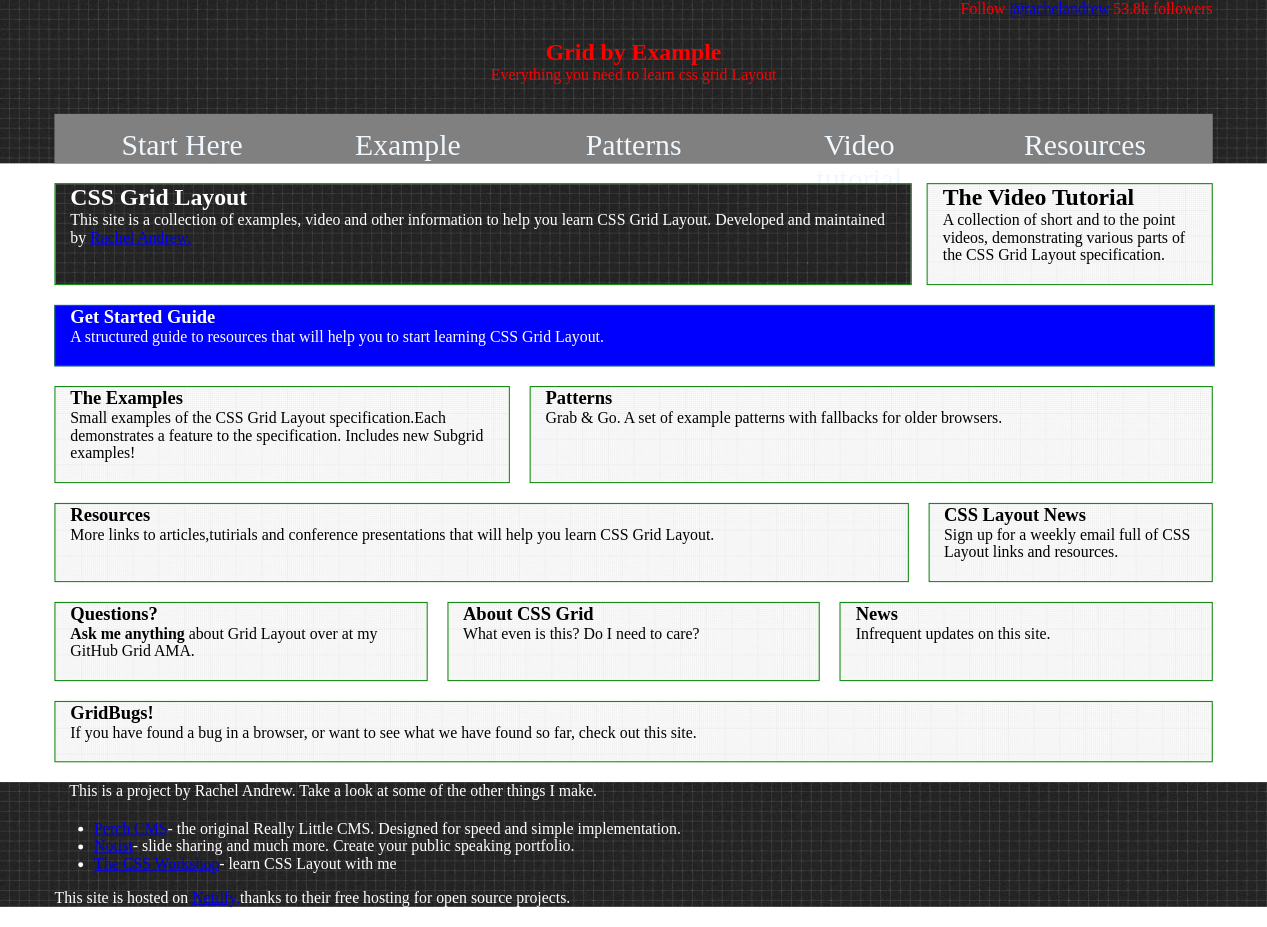
Repository: sitikhusushan/grid
Page: index.html
These files come from the project's save history. The page is drawn as it stood at one moment and after the next save; the edit follows.
The browser window is 1280 px wide. The pictures show the whole page, at 99% of full size.

Above is the page before, as saved 2020-05-13 18:28:25.

After the next save:
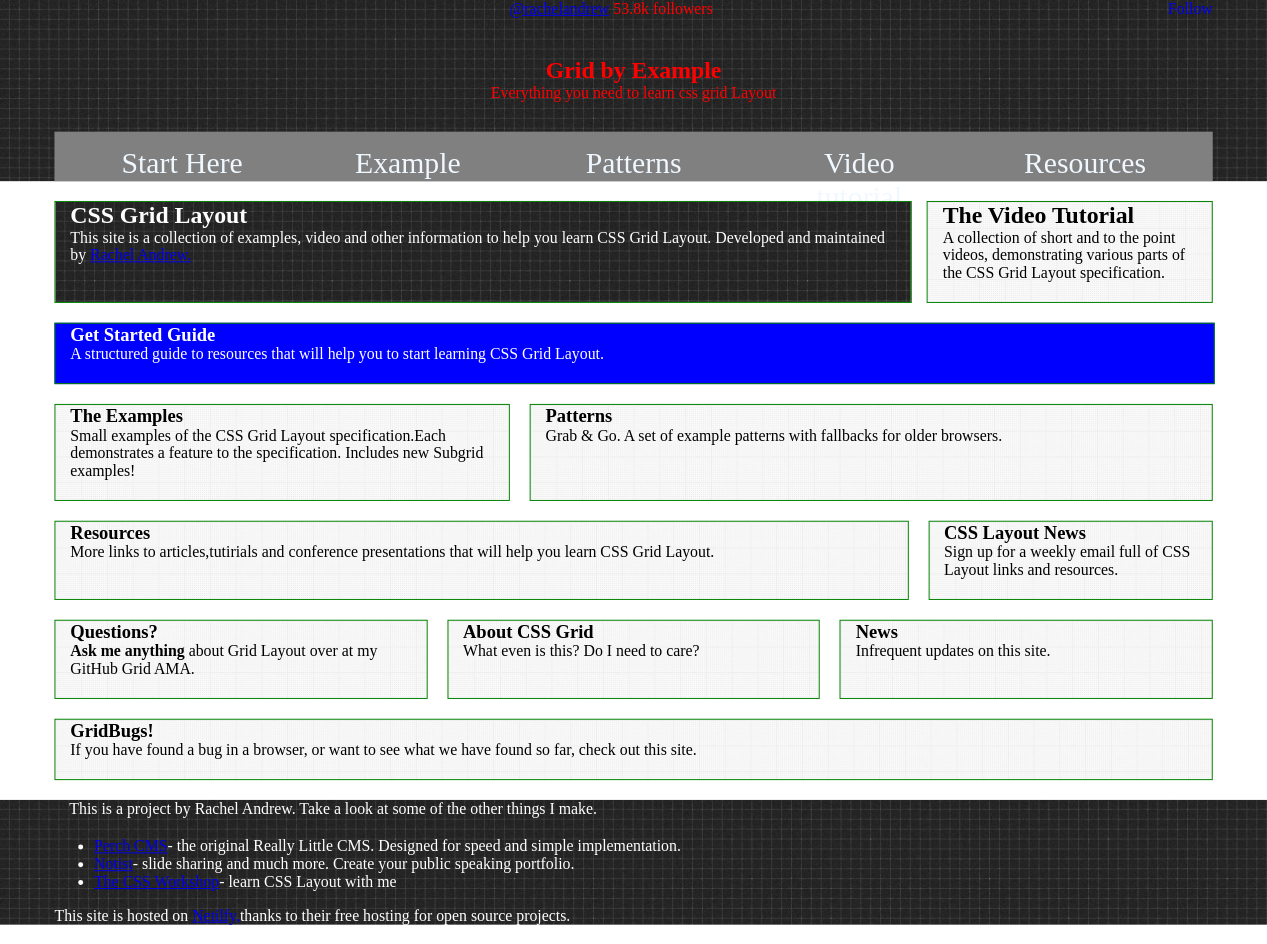
Saved 8 min 25 s later.
--- a/index.html
+++ b/index.html
@@ -12,8 +12,10 @@
       <div class="container">
         <div class="balance">
           <div class="social">
-            <span> <a href="#"><i class="fab fa-twitter"></i></a>Follow <a href="#">@rachelandrew</a>
+            <a href="#"><i class="fab fa-twitter"></i>
+            <span> Follow <a href="#">@rachelandrew</a>
            53.8k followers</span>
+          </a>
           </div>
           <div class="top">
         <h2>Grid by Example</h2>
